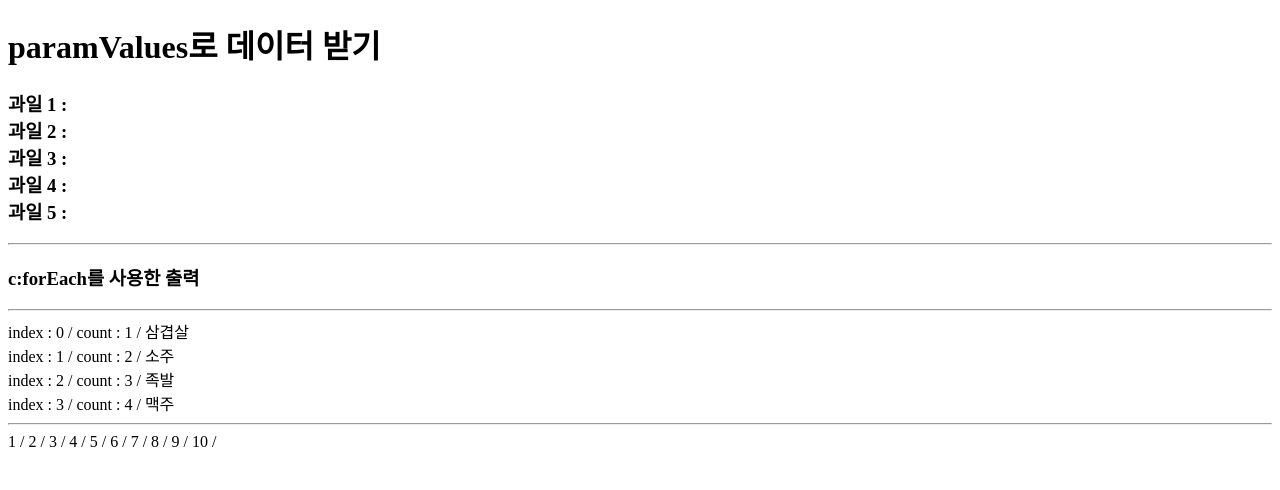
Repository: havanara/240411_JSTL_Project
Page: http://localhost/jstl_study/step-5.jsp
An editor plug-in stored every save of this project. The page is shown before and after the next save, followed by the edit.
The browser window is 1280 px wide. The pictures show the whole page.
The page is served by Tomcat 9.

Above is the page before, as saved 2024-04-11 04:05:47.

After the next save:
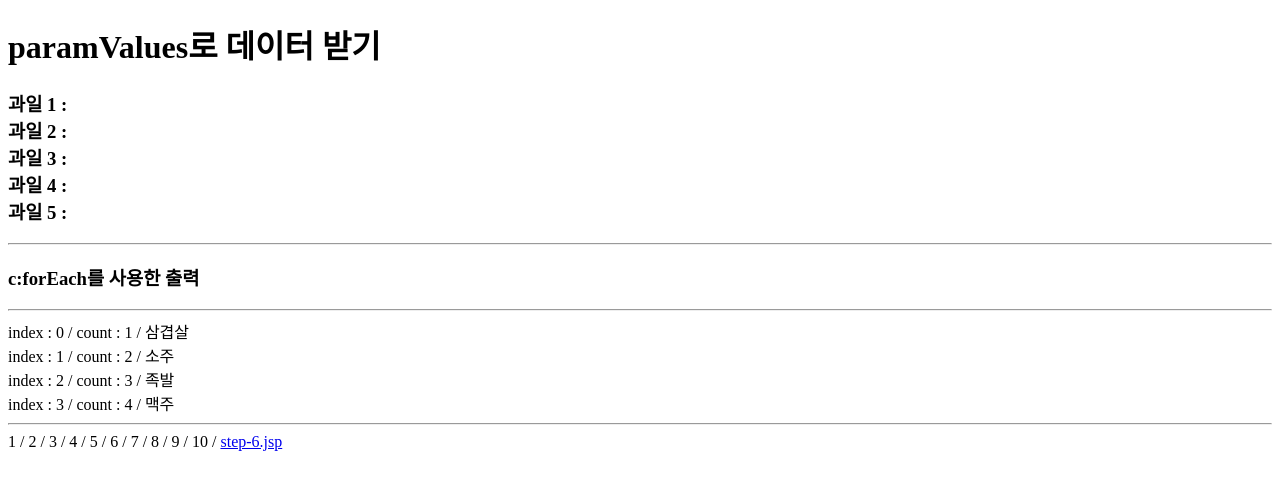
Saved 70 s later.
--- a/jstl_study/src/main/webapp/step-5.jsp
+++ b/jstl_study/src/main/webapp/step-5.jsp
@@ -46,5 +46,7 @@
 		${i } /
 	</c:forEach>
 
+	<a href="step-6.jsp">step-6.jsp</a>
+
 </body>
 </html>
